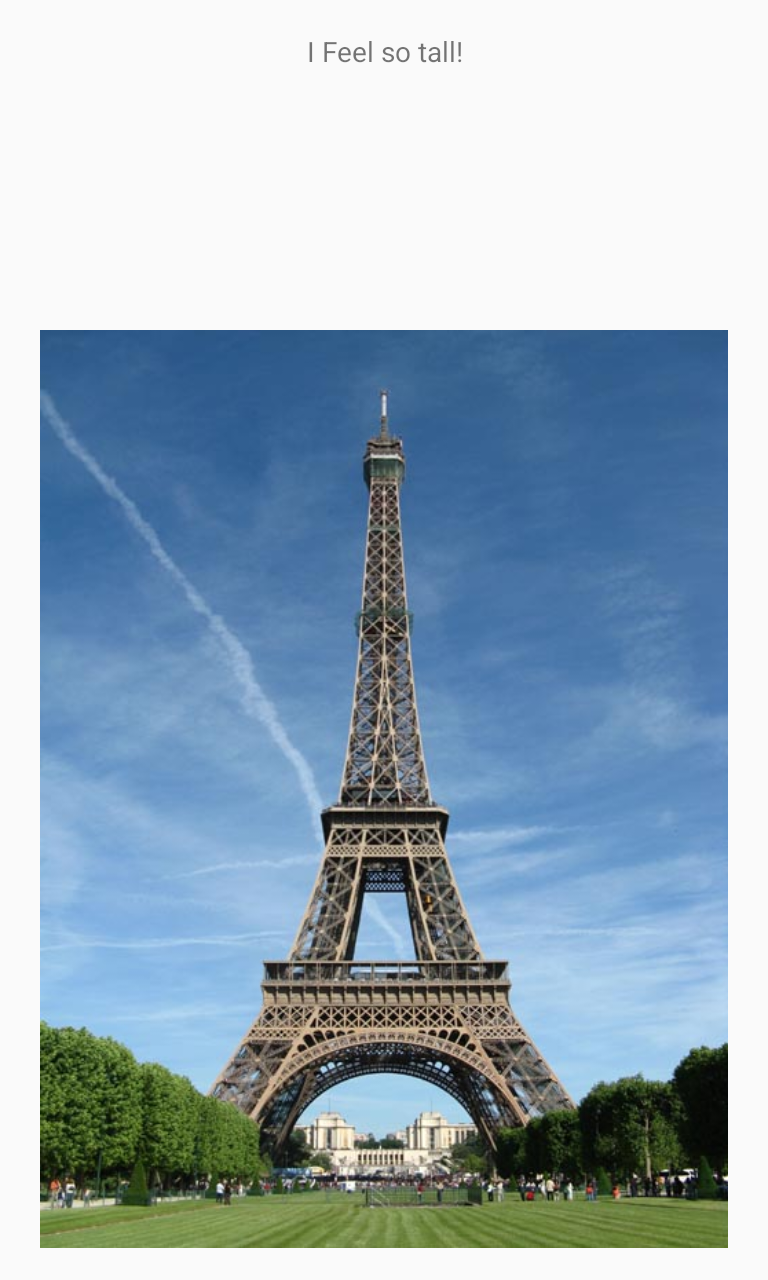
Repository: Smahane/Android_CST407
Layout: HomeWork2/HomeWork2_Resources_State/res/layout/fragment_opinion.xml
An editor plug-in stored every save of this project. The layout is shown before and after the next save, followed by the edit.
It is drawn on a 768 x 1280 px phone screen (xhdpi) without system bars, with theme AppTheme; the app's code is not run.

Above is the layout before, as saved 2014-07-20 17:43:00.

After the next save:
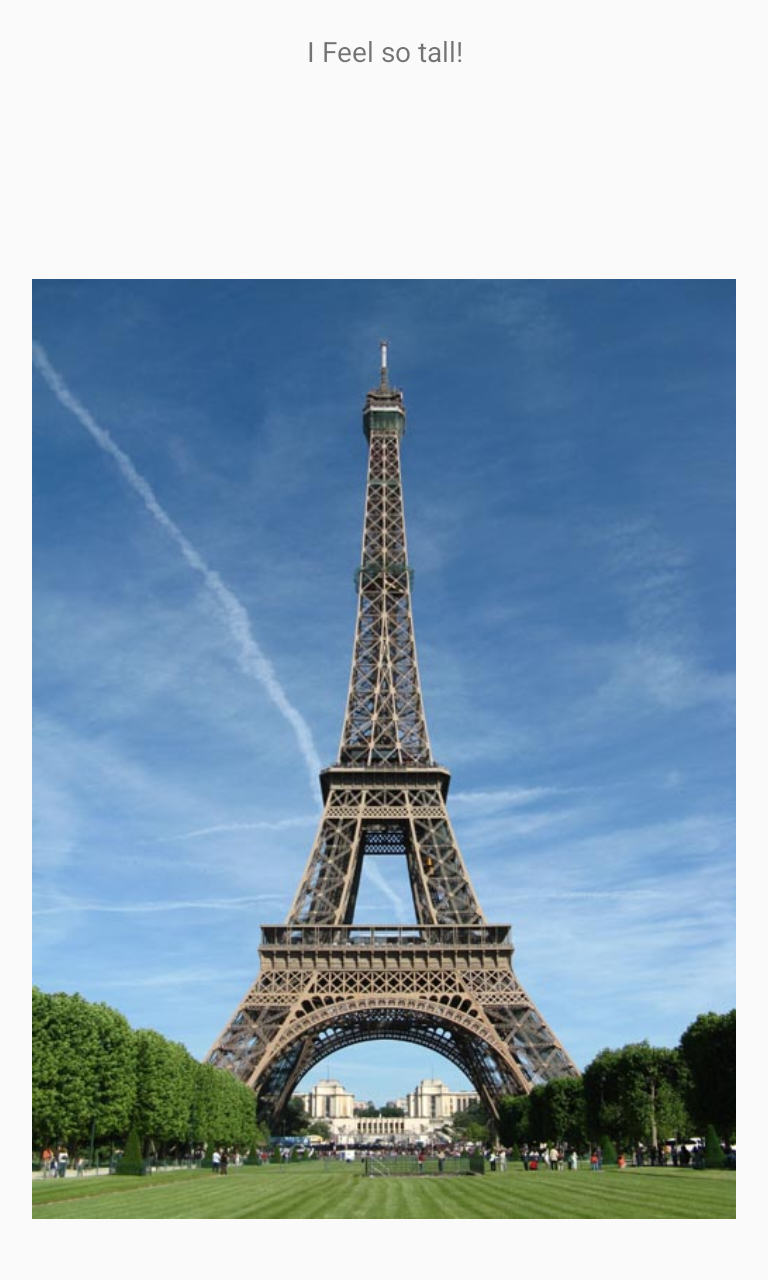
Saved 10 s later.
--- a/HomeWork2/HomeWork2_Resources_State/res/layout/fragment_opinion.xml
+++ b/HomeWork2/HomeWork2_Resources_State/res/layout/fragment_opinion.xml
@@ -21,7 +21,7 @@
         android:layout_height="wrap_content"
         android:layout_alignLeft="@+id/textView1"
         android:layout_below="@+id/textView1"
-        android:layout_marginTop="130dp"
+        android:layout_marginTop="90dp"
         android:layout_centerHorizontal="true"
         android:src="@drawable/eiffeltower" />
 
